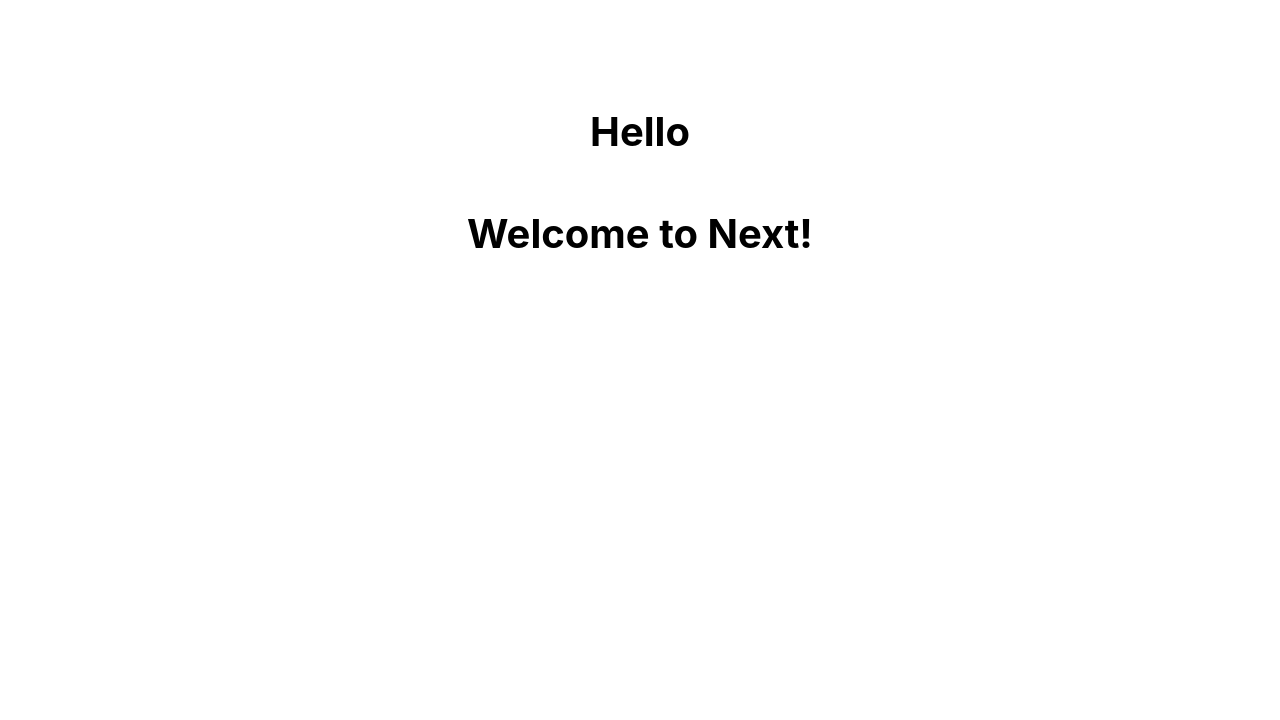
Repository: jasmina94/first-next-app
Page: /
These files come from the project's save history. The page is drawn as it stood at one moment and after a run of saves; the edit follows.
The browser window is 1280 px wide. The pictures show the whole page.
The project was rebuilt for these pictures with package versions that can differ from the ones it lists, and the page was loaded fresh each time. The framework's server and built-in components were replaced by stand-ins that run in the browser. Also part of the build but not shown: next.config.js, styles/Nav.module.css.

Above is the page before, as saved 2021-07-23 16:26:53.

### pages/_app.js
import Layout from '../components/Layout';
import '../styles/globals.css'

//Wrapper about all Page components
function MyApp({ Component, pageProps }) {
  return (
    <Layout>
      <Component {...pageProps} />
    </Layout>
  )
}

export default MyApp

### pages/index.js
import Head from 'next/head'
import Image from 'next/image'

export default function Home() {
  return (
    <div>
      <Head>
        <title>WebDev Newz</title>
        <meta name='keywords'/>
      </Head>
      <h1>Welcome to Next!</h1>
    </div>
  )
}

### components/Layout.js
import Nav from './Nav';
import styles from '../styles/Layout.module.css';

const Layout = ({ children }) => {
    return (
        <div className={styles.container}>
            <main className={styles.main}>
                <h1>Hello</h1>
                {children}
            </main>
        </div>
    )
}

export default Layout;

### styles/Layout.module.css
.container {
  min-height: 100vh;
  padding: 0 0.5rem;
  display: flex;
  flex-direction: column;
  justify-content: flex-start;
  align-items: center;
  height: 100vh;
}

.main {
  padding: 5rem 0;
  flex: 1;
  display: flex;
  flex-direction: column;
  justify-content: flex-start;
  align-items: center;
  font-size: 1.25rem;
}

.footer {
  width: 100%;
  height: 100px;
  border-top: 1px solid #eaeaea;
  display: flex;
  justify-content: center;
  align-items: center;
}

.footer a {
  display: flex;
  justify-content: center;
  align-items: center;
  flex-grow: 1;
}

.title a {
  color: #0070f3;
  text-decoration: none;
}

.title a:hover,
.title a:focus,
.title a:active {
  text-decoration: underline;
}

.title {
  margin: 0;
  line-height: 1.15;
  font-size: 4rem;
}

.title,
.description {
  text-align: center;
}

.description {
  line-height: 1.5;
  font-size: 1.5rem;
}

.code {
  background: #fafafa;
  border-radius: 5px;
  padding: 0.75rem;
  font-size: 1.1rem;
  font-family: Menlo, Monaco, Lucida Console, Liberation Mono, DejaVu Sans Mono,
    Bitstream Vera Sans Mono, Courier New, monospace;
}

.grid {
  display: flex;
  align-items: center;
  justify-content: center;
  flex-wrap: wrap;
  max-width: 800px;
  margin-top: 3rem;
}

.card {
  margin: 1rem;
  padding: 1.5rem;
  text-align: left;
  color: inherit;
  text-decoration: none;
  border: 1px solid #eaeaea;
  border-radius: 10px;
  transition: color 0.15s ease, border-color 0.15s ease;
  width: 45%;
}

.card:hover,
.card:focus,
.card:active {
  color: #0070f3;
  border-color: #0070f3;
}

.card h2 {
  margin: 0 0 1rem 0;
  font-size: 1.5rem;
}

.card p {
  margin: 0;
  font-size: 1.25rem;
  line-height: 1.5;
}

.logo {
  height: 1em;
  margin-left: 0.5rem;
}

@media (max-width: 600px) {
  .grid {
    width: 100%;
    flex-direction: column;
  }
}

### components/Nav.js
import navStyles from '../styles/Nav.module.css';
import Link from 'next/link';

const Nav = () => {
    <nav> className={navStyles.nav}
        <ul>
            <li>
                <Link href='/'>Home</Link>
            </li>
            <li>
                <Link href='/'>About</Link>
            </li>
        </ul>
    </nav>
}

export default Nav;

Loaded but not shown: styles/globals.css (common file)

After the next 3 saves:
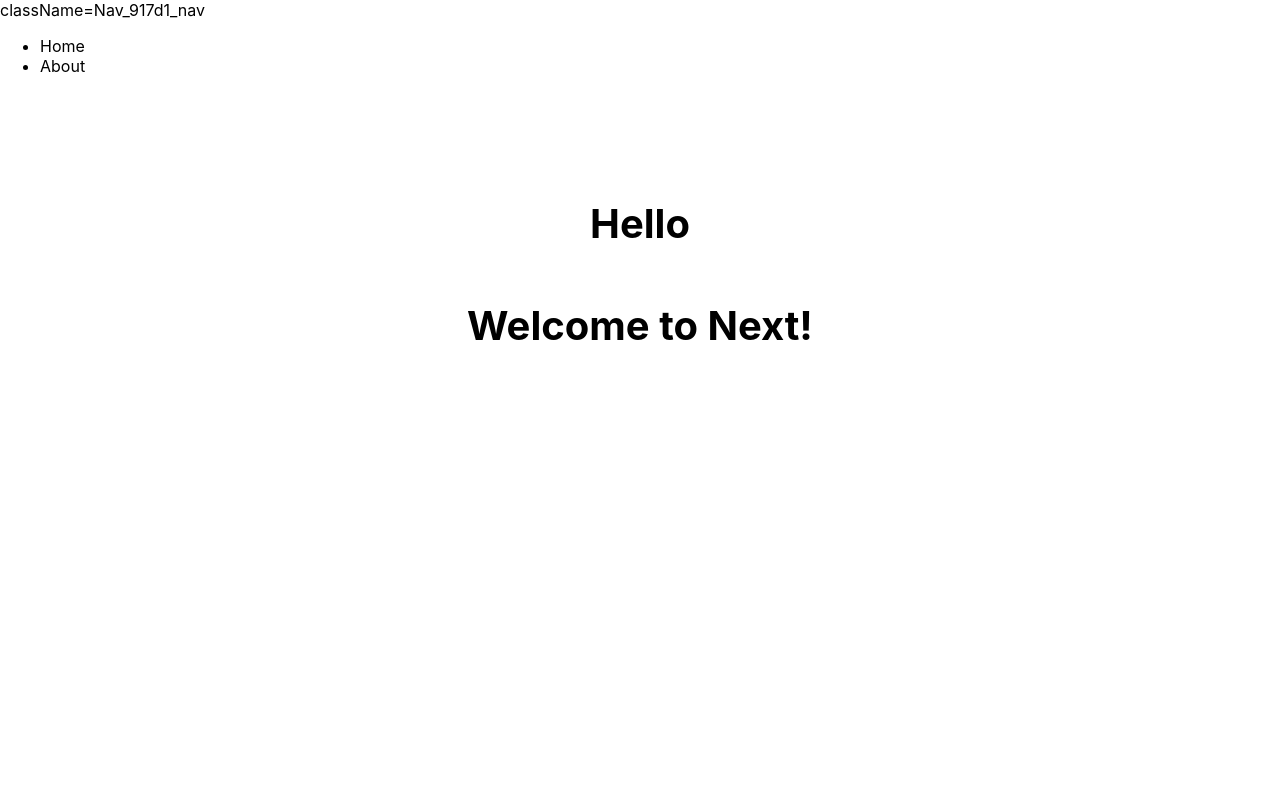
The 3 saves are shown as one change because 1 did not build or start and some came seconds apart.
The last was saved 42 s later.
--- a/components/Layout.js
+++ b/components/Layout.js
@@ -3,12 +3,15 @@
 
 const Layout = ({ children }) => {
     return (
-        <div className={styles.container}>
-            <main className={styles.main}>
-                <h1>Hello</h1>
-                {children}
-            </main>
-        </div>
+        <>
+            <Nav />
+            <div className={styles.container}>
+                <main className={styles.main}>
+                    <h1>Hello</h1>
+                    {children}
+                </main>
+            </div>
+        </>
     )
 }
 
--- a/components/Nav.js
+++ b/components/Nav.js
@@ -2,16 +2,18 @@
 import Link from 'next/link';
 
 const Nav = () => {
-    <nav> className={navStyles.nav}
-        <ul>
-            <li>
-                <Link href='/'>Home</Link>
-            </li>
-            <li>
-                <Link href='/'>About</Link>
-            </li>
-        </ul>
-    </nav>
+    return (
+        <nav> className={navStyles.nav}
+            <ul>
+                <li>
+                    <Link href='/'>Home</Link>
+                </li>
+                <li>
+                    <Link href='/'>About</Link>
+                </li>
+            </ul>
+        </nav>
+    )
 }
 
 export default Nav;
